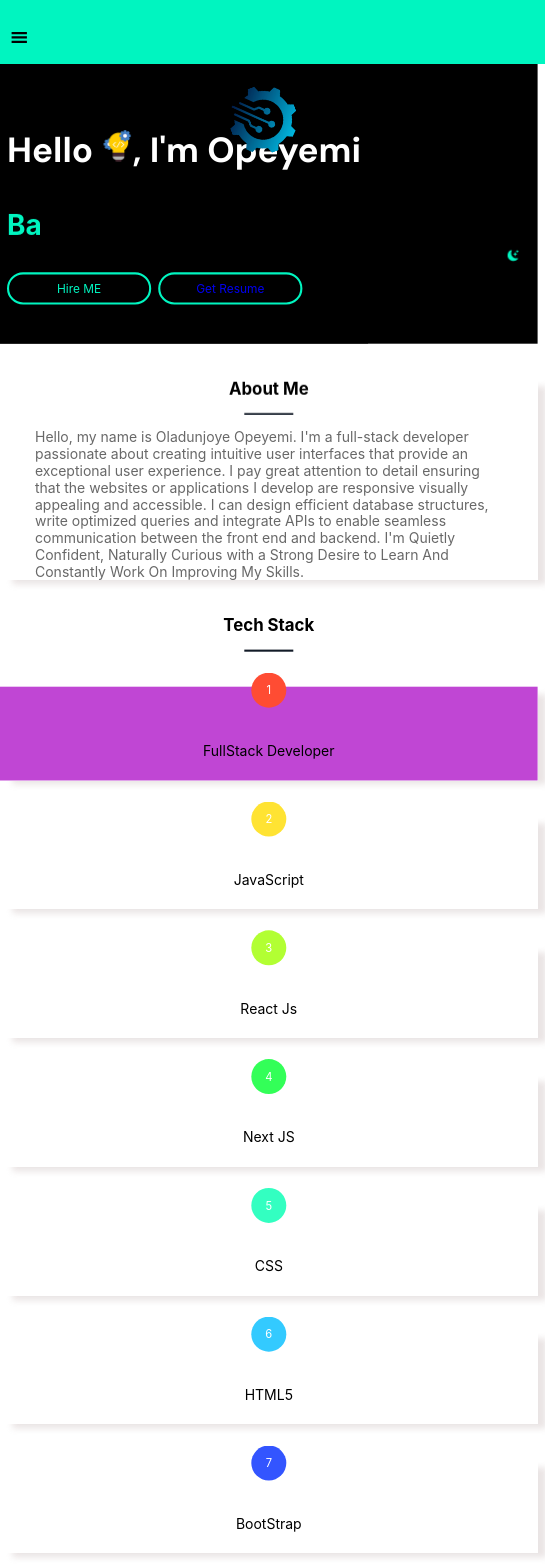
Repository: Laoye99/portfolio
Page: /
The author's editor kept a copy of each file at every save. The page is drawn from the files as they stood at one save, then again after a run of saves.
The browser window is 768 px wide. The page is 778 px wide, so the pictures cover 778 px, including what lies to the right of the window. The pictures show the part of the page from y = 0 to 2240 px (the page is 2716 px tall), at 70% of full size.
The project was rebuilt for these pictures with package versions that can differ from the ones it lists, and the page was loaded fresh each time. Imported but missing from the stored project, and not drawn on this page: src/components/Home/MyResume.pdf.

Above is the page before, as saved 2024-02-15 14:44:32.

### src/App.js
import './App.css';
import { createContext, useState } from 'react';
import ScrollToTop from 'react-scroll-to-top';
import Navbar from './components/SideNav/Navbar';
import Sidebar from './components/SideNav/Sidebar';
import About from './components/About/About';
import TechStack from './components/TechStack/TechStack';

export const ThemeContext = createContext(null);

const App = () => {
  const [theme, setTheme] = useState("light");

  const changeTheme = () => {
    setTheme((prev) => (prev === "light" ? "dark" : "light"));
  };
  return (
    <ThemeContext.Provider value={{ theme, changeTheme }}>
    <div id={theme}>
    <Navbar/>
    <Sidebar changeTheme={changeTheme} theme={theme}/>
    <About/>
    <TechStack/>
    </div>
    <ScrollToTop
    top="200"
    smooth
    height="20"
    width="20"
    color="#00f5c0"
    style={{ borderRadius: "90px ", backgroundColor: "#000000" }}
    />
    </ThemeContext.Provider>
  );
}

export default App;

### src/App.css
::-webkit-scrollbar {
  width: 8px;
  height: auto;
}

::-webkit-scrollbar-track {
  box-shadow: inset 0 0 5px rgb(103, 100, 109);
}

::-webkit-scrollbar-thumb {
  background-color: #121b27;
  border-radius: 5px;
}

::-webkit-scrollbar-thumb:hover {
  background-color: rgba(189, 59, 210, 0.94);
}

#dark {
  background-color: #273746;
  color: #ffffff;
}

### src/components/SideNav/Navbar.js
import { useState } from "react";
import "./Navbar.css";
import {GiHamburgerMenu} from "react-icons/gi";
import { Link } from "react-scroll";
import {
    FcHome,
    FcBriefcase,
    FcContacts,
    FcServices,
    FcCollaboration,
    FcPortraitMode } from "react-icons/fc";

const Navbar = () => {
    const [open, setOpen] = useState(false);

    const handleClick = () => {
        setOpen(!open);
    };
    return(
        <div className="navbar">
        <div className="navbar-header">
        <p>
        <GiHamburgerMenu size={25} onClick={handleClick} />
        </p>
        </div>
        {open ? (
        <div className="nav">
        <ul>
        <li className="nav-item">
        <Link
        to="home"
        spy={true}
        smooth={true}
        duration={100}
        offset={-100}
        >
        <FcHome size={25}/>
        Home
        </Link>
        </li>
        <li className="nav-item">
        <Link
        to="about"
        spy={true}
        smooth={true}
        duration={100}
        offset={-100}
        >
        <FcPortraitMode size={25}/>
        About
        </Link>
        </li>
        <li className="nav-item">
        <Link
        to="project"
        spy={true}
        smooth={true}
        duration={100}
        offset={-100}
        >
        <FcBriefcase  size={25}/>
        Work Experience
        </Link>
        </li>
        <li className="nav-item">
        <Link
        to="stack"
        spy={true}
        smooth={true}
        duration={100}
        offset={-100}
        >
        <FcServices  size={25} />
        Tech Stack
        </Link>
        </li>
        <li className="nav-item">
        <Link
        to="project"
        spy={true}
        smooth={true}
        duration={100}
        offset={-100}
        >
        <FcCollaboration   size={25} />
        Projects
        </Link>
        </li>
        <li className="nav-item">
        <Link
        to="contact"
        spy={true}
        smooth={true}
        duration={100}
        offset={-100}
        >
        <FcContacts size={25}/>
        Contact
        </Link>
        </li>
        </ul>
        </div>
        ) : null}
        </div>
    );
};

export default Navbar;

### src/components/SideNav/Sidebar.js
import { useState } from "react";
import { BsChevronLeft, BsChevronRight } from "react-icons/bs";
import "./Sidebar.css";
import SidebarList from "./SidebarList";
import Home from "../Home/Home";


const Sidebar = ({ theme,changeTheme }) => {
    const [expandSidebar, setExpandSidebar] = useState(true);

    const handleExpandClick = () => {
        setExpandSidebar(!expandSidebar);
    };
    return(
        <div className="container-fluid sidebar-section">
        <div className={expandSidebar ? "sidebar-expand sidebar" : "sidebar"}>
        <div className="icon-sidebar">
        <p onClick={handleExpandClick}>
        {expandSidebar ? (
            <BsChevronLeft size={30} color="#00f5c0"/>
            ) : (
        <BsChevronRight size={30} color="#00f5c0"/>
            )}
        </p>
        </div>
        <SidebarList expandSidebar={expandSidebar} />
        </div>
        <div className="container-fluid">
          <Home changeTheme = {changeTheme} theme = {theme}/>
        </div>

        </div>
    );
};

export default Sidebar;

### src/components/About/About.js
import React from "react";
import ProfilePic from "../../Image/Screenshot (29).png";
import {Fade} from "react-awesome-reveal";
import {Flip} from "react-awesome-reveal";
import './About.css';
const About = () => {
    return(
        <div className="container about-section" id="about">
    <div className="row">
      <div className="col-xl-6 col-lg-6 col-md-12 col-sm-12">
        <div className="about-details">
          <Flip left>
            <div className="about-title">
              <h2>About Me</h2>
              <span className="line"></span>
            </div>
          </Flip>

          <Fade right>
            <p className="description">
              Hello, my name is Oladunjoye Opeyemi.
              I'm a full-stack developer
              passionate about creating intuitive
              user interfaces that provide
              an exceptional user experience.
              I pay great attention to detail
              ensuring that the websites or applications
              I develop are responsive
              visually appealing and accessible.
              I can design efficient database
              structures, write optimized queries
              and integrate APIs to enable
              seamless communication between
              the front end and backend.
              I'm Quietly Confident, Naturally Curious
               with a Strong Desire to
              Learn And Constantly Work On Improving My Skills.
            </p>
          </Fade>
        </div>
      </div>
    </div>
  </div>
    )
};

export default About;

### src/components/TechStack/TechStack.js
import React, { useState } from "react";
import "./TechStack.css";
import { Fade } from "react-awesome-reveal";
import { Zoom } from "react-awesome-reveal";


const TechStack = () => {
    const data = [
        {
          name: "FullStack Developer",
        },

        {
          name: "JavaScript",
        },
        {
          name: "React Js",
        },
        {
          name: "Next JS",
        },
        {
          name: "CSS",
        },
        {
          name: "HTML5",
        },
        {
          name: "BootStrap",
        },
        {
          name: "TailwindCSS",
        },
        {
          name: "React Native",
        },
        {
          name: "Vanilla JS",
        },
        {
          name: "SCSS",
        },
        {
          name: "Git",
        },
        {
          name: "GitHub",
        },
        {
          name: "Java",
        },
        {
          name: "Springboot",
        },
        {
          name: "Servlet",
        },
        {
          name: "Maven",
        },
        {
          name: "Eclipse IDE",
        },
        {
            name: "IntelliJ IDE",
        },
        {
            name: "MySQL",
        },
        {
            name: "Postman",
        },
        {
            name: "MySQL",
        },
        {
            name: "Tomcat",
        },
      ];

      const colors = [
        "#FF4C33",
        "#FFE333",
        "#B2FF33",
        "#33FF58",
        "#33FFC1",
        "#33CAFF",
        "#3355FF",
        "#9333FF",
        "#F033FF",
        "#FF33C4",
        "#FF3386",
        "#FF334C",
        "#33FF42",
        "#FF3633",
        "#9C33FF",
        "#33FFF6",
        "#33FF58",
        "#FF33C4",
        "#034694",
        "#5A0394",
        "#940303",
        "#944403",
        "#449403",
        "#03945C"
      ];

      const [showMoreTechStack, setMoreTechStack] = useState(9);

      const loadMore = () => {
        setMoreTechStack((prev) => prev + 3);
      };
      return (
        <div className="container techstack-section" id="stack">
      <div className="section-title">
        <h2>Tech Stack</h2>
        <span className="line"></span>
      </div>

      <div className="row">
        {data.slice(0, showMoreTechStack).map((item, index) => (
          <Fade right>
            <div className="col-xl-4 col-lg-4 col-md-6 col-sm-12" key={index}>
              <div
                className={
                  index === 0
                    ? "tech-content-marked tech-content"
                    : "tech-content"
                }
              >
                <span
                  className="tech-number"
                  style={{ backgroundColor: colors[index] }}
                >
                  {index + 1}
                </span>
                <p>{item.name}</p>
              </div>
            </div>
          </Fade>
        ))}
      </div>

      {showMoreTechStack >= data.length ? null : (
        <Zoom>
          <span className="load-more" onClick={loadMore}>
            Load More
          </span>
        </Zoom>
      )}
    </div>
      );
};

export default TechStack;

### src/components/SideNav/Navbar.css
.navbar {
    position: sticky;
    top: 0;
    z-index: 1;
  }

  .navbar-header {
    width: 100%;
    background-color: #00f5c0;
    color: #000000;
    padding: 5px;
  }

  .navbar-header p svg {
    margin-left: 10px;
    cursor: pointer;
    margin-top: 20px;
    margin-right: 5px;
  }

  .nav {
    height: auto;
    width: 210px;
    background-color: #000000;
    margin-top: 30px;
    padding-top: 10px;
    padding-bottom: 10px;
  }

  .nav ul li {
    color: #000000;
    list-style-type: none;
    cursor: pointer;
    text-decoration: none;
    margin-top: 30px;
  }

  .nav ul li a {
    text-decoration: none;
    color: #00f5c0;
  }

  .nav-item .active {
    color: #000000;
    background-color: #00f5c0;
    border-radius: 90px;
    padding: 5px;
    width: 100%;
  }

  @media (min-width: 1000px) {
    .navbar {
      display: none;
    }
  }

### src/components/SideNav/Sidebar.css
.sidebar-section {
    display: flex;
    background-color: #000000;
  }

  .sidebar {
    height: 100vh;
    background-color: #000000;
    width: 95px;
    position: fixed;
  }

  .sidebar-expand {
    width: 230px;
  }

  .container-fluid {
    padding-left: 0px !important;
    padding-right: 0px !important;
    overflow: hidden;
  }

  .icon-sidebar {
    display: flex;
    align-items: right;
    justify-content: right;
    cursor: pointer;
  }

  .icon-sidebar p svg {
    background-color: #3b3b3b;
    padding: 5px;
    color: #00f5c0;
    border-radius: 5px;
    margin-top: 50px;
  }

  @media (max-width: 1000px) {
    .sidebar {
      display: none;
    }
  }

### src/components/SideNav/SidebarList.js
import { Fragment } from "react";
import './SidebarList.css';
import {
    FcHome,
    FcBriefcase,
    FcContacts,
    FcServices,
    FcCollaboration,
    FcSalesPerformance,
    FcPortraitMode,
    FcGraduationCap } from "react-icons/fc";
import {MdCastForEducation} from "react-icons/md";
import { Link } from "react-scroll";
import profilepic from"../../Image/Screenshot (29).png";

const SidebarList =({expandSidebar}) => {
return(
    <Fragment>
    {expandSidebar ? (
    <div className="navbar-items">
          <div className="sidebar-profile-pic">
            <img src={profilepic} alt="profile" />
          </div>
          <ul>
            <li className="nav-item">
              <Link
                to="home"
                spy={true}
                smooth={true}
                duration={100}
                offset={-100}
              >
                <FcHome size={25} /> Home
              </Link>
            </li>
            <li className="nav-item">
              <Link
                to="about"
                spy={true}
                smooth={true}
                duration={100}
                offset={-100}
              >
                <FcPortraitMode size={25}  /> About
              </Link>
            </li>
            <li className="nav-item">
              <Link
                to="project"
                spy={true}
                smooth={true}
                duration={100}
                offset={-100}
              >
                <FcBriefcase size={25} /> Work Experience
              </Link>
            </li>
            <li className="nav-item">
              <Link
                to="stack"
                spy={true}
                smooth={true}
                duration={100}
                offset={-100}
              >
                <FcServices size={25} /> Tech Stack
              </Link>
            </li>
            <li className="nav-item">
              <Link
                to="project"
                spy={true}
                smooth={true}
                duration={100}
                offset={-100}
              >
                <FcCollaboration size={25} /> Projects
              </Link>
            </li>
            <li className="nav-item">
              <Link
                to="contact"
                spy={true}
                smooth={true}
                duration={100}
                offset={-100}
              >
                <FcContacts size={25} /> Contact
              </Link>
            </li>
          </ul>
        </div>
      ) : (
        <div className="navbar-items-only-icons">
          <ul>
            <li className="nav-item">
              <Link
                to="home"
                spy={true}
                smooth={true}
                duration={100}
                offset={-100}
              >
                <FcHome size={25} />
              </Link>
            </li>
            <li className="nav-item">
              <Link
                to="about"
                spy={true}
                smooth={true}
                duration={100}
                offset={-100}
              >
                <FcPortraitMode size={25} />
              </Link>
            </li>
            <li className="nav-item">
              <Link
                to="project"
                spy={true}
                smooth={true}
                duration={100}
                offset={-100}
              >
                <FcBriefcase size={25} />
              </Link>
            </li>
            <li className="nav-item">
              <Link
                to="stack"
                spy={true}
                smooth={true}
                duration={100}
                offset={-100}
              >
                <FcServices  size={25} />
              </Link>
            </li>
            <li className="nav-item">
              <Link
                to="project"
                spy={true}
                smooth={true}
                duration={100}
                offset={-100}
              >
                <FcCollaboration size={25} />
              </Link>
            </li>
            <li className="nav-item">
              <Link
                to="contact"
                spy={true}
                smooth={true}
                duration={100}
                offset={-100}
              >
                <FcContacts size={25} />
              </Link>
            </li>
          </ul>
          </div>
      )}
    </Fragment>
);
};

export default SidebarList;

### src/components/Home/Home.js
import React from 'react';
import Typewriter from 'typewriter-effect';
import { BsFillMoonStarsFill, BsSun } from 'react-icons/bs';
import { Fade } from 'react-awesome-reveal';
import concept from "../../Image/concept.png";
import automation from "../../Image/automation.png";
import "./Home.css";
import MyCv from './MyResume.pdf';



const Home = ({theme, changeTheme}) => {
    return(
        <div className='container-fluid home' id="home">
        <div  className='theme-change' onClick={changeTheme}>
        {theme === "light" ? (
            <p>
            <BsFillMoonStarsFill />{" "}
            </p>
            ) : (
                <p className='sun-light-icon'>
                <BsSun/>
                </p>
            )}
        </div>

        <div className='container home-content'>
        <Fade right>
        <h1>
        Hello <img alt='vector' src={concept}/>, I'm Opeyemi
        </h1>

        <h2>
        <Typewriter
        options={{
            strings: [
              "Frontend Developer",
              "Backend Developer",
              "Software Engineer",
            ],
            autoStart: true,
            loop: true,
            delay: 5,
          }}
        />
        </h2>
        </Fade>

        <Fade bottom>
        <div className='button-for-action'>
        <div className='hire-me-button'>Hire ME</div>
        <div className="get-resume-button">
              <a href={MyCv} download="Opeyemi_cv">
                Get Resume
              </a>
            </div>
        </div>
        </Fade>
        <img className='automation' alt='automation' src={automation}/>
        </div>
        </div>
    )

};

export default Home;

### src/components/About/About.css
.about-section {
    box-shadow: 15px 9px 9px -2px rgba(230, 224, 244, 0.86);
    -webkit-box-shadow: 15px 9px 9px -2px rgba(230, 224, 224, 0.86);
    -moz-box-shadow: 15px 9px 9px -2px rgba(230, 224, 224, 0.86);

    margin-top: 50px;
    height: 300px;
    margin-left: 250px;
    padding: 0px 50px;
  }

  #dark .about-section {
    box-shadow: none;
    background-color: #17202a;
    box-shadow: -6px 11px 5px -4px rgba(0, 0, 0, 0.42);
    -webkit-box-shadow: -6px 11px 5px -4px rgba(0, 0, 0, 0.42);
    -moz-box-shadow: -6px 11px 5px -4px rgba(0, 0, 0, 0.42);
  }


  #dark .about-image img {
    border: 5px solid #ffffff;
  }

  .about-details {
    margin-top: 50px;
  }

  .about-title h2 {
    text-align: center;
  }
  .description {
    font-size: 20px;
    color: #686868;
  }

  #dark .description {
    color: #ffffff;
  }

  .line {
    display: block;
    width: 70px;
    height: 3px;
    margin: 1px auto;
    background-color: #121b27;
  }

  #dark .line {
    background-color: #ffffff;
  }

  @media (max-width: 1000px) {
    .about-image {
      display: none;
    }
    .about-section {
      margin: 50px auto;
      height: auto;
    }
  }

### src/components/TechStack/TechStack.css
.techstack-section {
    margin-top: 300px;
    height: auto;
    margin-bottom: 40px;
    margin-left: 250px;
  }

  .section-title h2 {
    text-align: center;
  }

  .tech-content {
    padding: 10px;
    color: #000;
    margin-top: 50px;
    box-shadow: 15px 9px 9px -2px rgba(230, 224, 244, 0.86);
    -webkit-box-shadow: 15px 9px 9px -2px rgba(230, 224, 224, 0.86);
    -moz-box-shadow: 15px 9px 9px -2px rgba(230, 224, 224, 0.86);
  }

  #dark .tech-content {
    background-color: #03945c;
    color: #ffffff;
    box-shadow: -6px 11px 5px -4px rgba(0, 0, 0, 0.42);
    -webkit-box-shadow: -6px 11px 5px -4px rgba(0, 0, 0, 0.42);
    -moz-box-shadow: -6px 11px 5px -4px rgba(0, 0, 0, 0.42);
  }

  #dark .tech-content:hover {
    background-color: #121b27;
    transition-duration: 1s;
  }

  .tech-content-marked {
    background-color: rgba(189, 59, 210, 0.94);
  }

  .tech-content p {
    text-align: center;
    padding-top: 30px;
    font-size: 20px;
  }

  .tech-content:hover {
    background-color: #121b27;
    color: #fff;
    cursor: pointer;
    transition-duration: 1s;

    box-shadow: -6px 11px 5px -4px rgba(0, 0, 0, 0.42);
    -webkit-box-shadow: -6px 11px 5px -4px rgba(0, 0, 0, 0.42);
    -moz-box-shadow: -6px 11px 5px -4px rgba(0, 0, 0, 0.42);
  }

  .tech-number {
    border-radius: 90px;
    height: 50px;
    width: 50px;
    color: #fff;
    text-align: center;
    align-items: center;
    justify-content: center;
    display: block;
    margin: 0 auto;
    margin-top: -30px;
    line-height: 50px;
  }

  .load-more {
    background-color: #121b27;
    width: 150px;
    padding: 10px;
    color: #ffffff;
    text-align: center;
    justify-content: center;
    cursor: pointer;
    display: table;
    margin-left: auto;
    margin-right: auto;
    margin-top: 35px;
    border-radius: 5px;
    margin-bottom: 40px;
    font-size: 20px;
  }

  #dark .load-more {
    background-color: #17202a;
  }

  .load-more:hover {
    background-color: rgba(189, 59, 210, 0.94);
    transition-duration: 1s;
  }
  #dark .load-more:hover {
    background-color: #121b27;
    transition-duration: 1s;
  }

  @media (max-width: 1000px) {
    .techstack-section {
      margin: 50px auto;
    }
  }

### src/components/SideNav/SidebarList.css
.sidebar-profile-pic img {
    border-radius: 90px;
    margin-top: 10px;
    height: 150px;
    width: 150px;
    display: flex;
    vertical-align: middle;
    margin: 0 auto;
    object-fit: cover;
    border: 3px solid #00f5c0;
  }

  .navbar-items ul li {
    color: #00f5c0;
    list-style-type: none;
    cursor: pointer;
    margin-top: 30px;
  }

  .navbar-items ul li svg {
    margin-right: 25px;
    margin-left: 10px;
  }

  .navbar-items-only-icons ul li {
    margin-top: 30px;
    cursor: pointer;
    list-style-type: none;
  }

  .navbar-items-only-icons ul li svg {
    margin-left: 10px;
  }

  .navbar-items ul li a {
    text-decoration: none;
  }
  .nav-item .active {
    border-left: 2px solid #00f5c0;
    color: #000000;
  }

### src/components/Home/Home.css
@import url("https://fonts.googleapis.com/css2?family=DM+Sans:wght@700&display=swap");

.home {
  height: 400px;
  background-color: #000000;
  color: #00f5c0;

}

.home-content {
  padding: 10px;
  margin-top: 100px;
  margin-left: 300px;
  position: relative;
}
/* rgba(189, 59, 210, 0.94) */

.home-content h1 {
  font-family: DM Sans;
  font-size: 50px;
  font-weight: 700;
  line-height: 6.2rem;
  color: #ffffff;
}

.home-content h1 img {
  width: 45px;
}

.home-content h2 {
  margin-top: 20px;
  color: #00f5c0;
  font-size: 40px;
}

.button-for-action {
  display: flex;
}

.hire-me-button {
  background-color: #000000;
  text-align: center;
  width: 180px;
  padding: 10px;
  border-radius: 90px;
  border: 3px solid #00f5c0;
  cursor: pointer;
  margin-top: 10px;
  font-size: 17px;
}

.hire-me-button:hover {
  background-color: #00f5c0;
  width: 250px;
  color: #000;
  transition-duration: 1s;
  font-size: 20px;
}
.get-resume-button {
  background-color: #000000;
  text-align: center;
  width: 180px;
  padding: 10px;
  border-radius: 90px;
  border: 3px solid #00f5c0;
  cursor: pointer;
  margin-top: 10px;
  margin-left: 10px;
  font-size: 17px;
}

.get-resume-button:hover {
  background-color: #00f5c0;
  width: 250px;
  color: #000;
  transition-duration: 1s;
  font-size: 20px;
}

.get-resume-button a {
  text-decoration: none;
}

.automation {
  position: absolute;
  top: 0;
  right: 100px;
  height: 100px;
  animation: rotation infinite 5s linear;
}

@media (max-width: 450px) {
  .automation {
    bottom: 0;
  }
}

.theme-change {
  justify-content: center;
  height: 50px;
  width: 50px;
  background-color: #000000;
  right: 0;
  margin-right: 10px;
  text-align: center;
  vertical-align: middle;
  line-height: 20px;
  position: fixed;
  top: 150;
  margin-top: 250px;
  border-radius: 5px;
  cursor: pointer;
  z-index: 1;
}

.sun-light-icon {
  animation: rotation infinite 5s linear;
}

@keyframes rotation {
  from {
    transform: rotate(0deg);
  }

  to {
    transform: rotate(360deg);
  }
}
@media (max-width: 1000px) {
  .home-content {
    margin: 30px auto;
  }
}

Loaded but not shown: public/index.html (common file); src/index.js (common file); src/index.css (common file); src/reportWebVitals.js (common file)

After the next 2 saves:
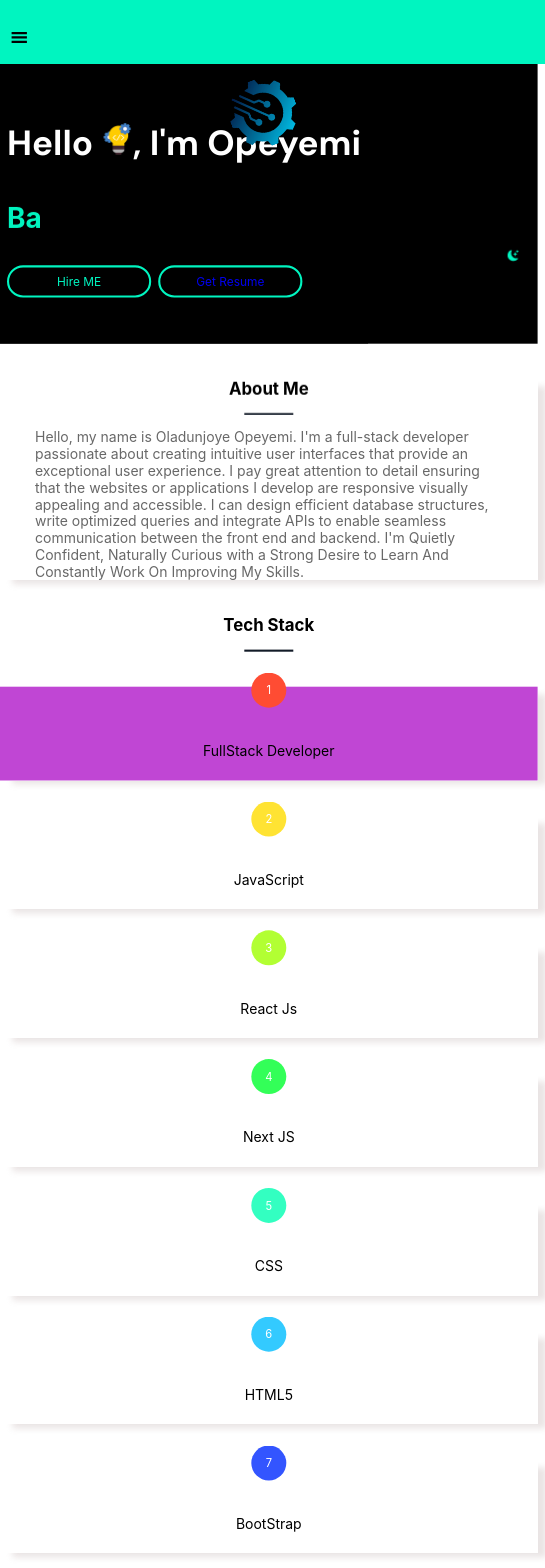
The 2 saves are shown as one change because they came seconds apart.
The last was saved 4 min 7 s later.
--- a/src/components/Home/Home.css
+++ b/src/components/Home/Home.css
@@ -128,6 +128,6 @@
 }
 @media (max-width: 1000px) {
   .home-content {
-    margin: 30px auto;
+    margin: 20px auto;
   }
 }
